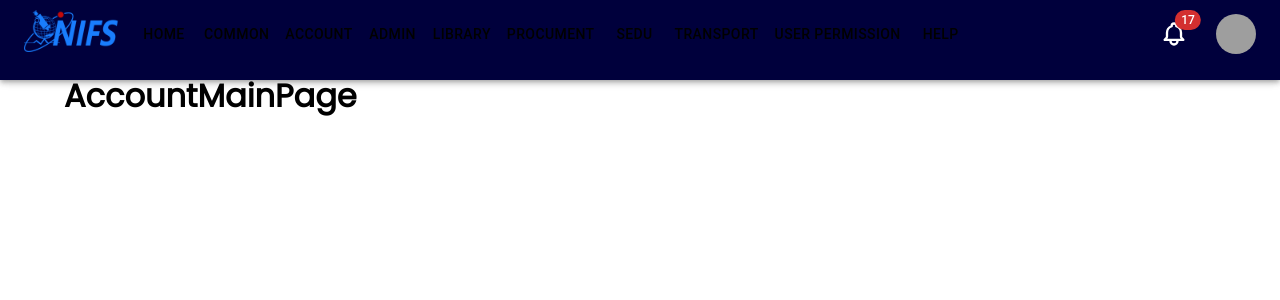
Repository: virangaj/NIFS-WebApp
Page: /account (app in client/)
An editor plug-in stored every save of this project. The page is shown before and after the next save, followed by the edit.
The browser window is 1280 px wide. The pictures show the whole page.
Pictures or frames that could not be fetched are drawn as grey boxes. The project was rebuilt for these pictures with package versions that can differ from the ones it lists, and the page was loaded fresh each time. Also part of the build but not shown: client/src/pages/Login.tsx, client/src/pages/Home.tsx, client/src/components/Transport/shared/TransportNavbar.js, client/src/pages/TransportMainPage.tsx, client/src/pages/CommonMainPage.tsx, client/src/pages/AdminMainPage.tsx, client/src/pages/LibraryMainPage.js, client/src/pages/ProcumentMainPage.js and 4 more.

Above is the page before, as saved 2022-07-26 12:17:20.

### client/public/index.html
<!DOCTYPE html>
<html lang="en">
	<head>
		<meta charset="utf-8" />
		<link rel="icon" href="nifs_logo.png" />
		<meta name="viewport" content="width=device-width, initial-scale=1" />
		<meta name="theme-color" content="#000000" />
		<meta
			name="description"
			content="Web site created using create-react-app"
		/>
		<link rel="apple-touch-icon" href="%PUBLIC_URL%/logo192.png" />
		<!--
      manifest.json provides metadata used when your web app is installed on a
      user's mobile device or desktop. See https://developers.google.com/web/fundamentals/web-app-manifest/
    -->
		<link rel="manifest" href="%PUBLIC_URL%/manifest.json" />
		<!--
      Notice the use of %PUBLIC_URL% in the tags above.
      It will be replaced with the URL of the `public` folder during the build.
      Only files inside the `public` folder can be referenced from the HTML.

      Unlike "/favicon.ico" or "favicon.ico", "%PUBLIC_URL%/favicon.ico" will
      work correctly both with client-side routing and a non-root public URL.
      Learn how to configure a non-root public URL by running `npm run build`.
    -->
		<link
			href="https://fonts.googleapis.com/css?family=Poppins"
			rel="stylesheet"
		/>
		<title>NIFS Dashboard</title>
	</head>
	<body>
		<noscript>You need to enable JavaScript to run this app.</noscript>
		<div id="root"></div>
		<!--
      This HTML file is a template.
      If you open it directly in the browser, you will see an empty page.

      You can add webfonts, meta tags, or analytics to this file.
      The build step will place the bundled scripts into the <body> tag.

      To begin the development, run `npm start` or `yarn start`.
      To create a production bundle, use `npm run build` or `yarn build`.
    -->
	</body>
</html>

### client/src/index.css
* {
  margin: 0;
}

body {
  font-family: 'Poppins';
  -webkit-font-smoothing: antialiased;
  -moz-osx-font-smoothing: grayscale;
}

:root {
  --main-navbar-back: #00003c;

}


.nav-logo {
  width: 100px;
  height: auto;
}

/* main navbar */
.main-navbar {
  background-color: var(--main-navbar-back) !important;
  width: 100% !important;
  height: 80px !important;

}

.active-nav-link {
  color: black;
}

/* secondary navbar */
.secondary-navbar {
  margin-top: 10vh !important;
  margin: auto;
}

/* body content */
.body-content {
  margin: auto;
  width: 90%;
  margin-top: 10vh;

}

.sub-body-content {
  margin: auto;
  width: 90%;
  margin-top: 3vh;
}

### client/src/App.tsx
import React, { useEffect } from 'react';
import Navbar from './components/shared/Navbar';
import Login from './pages/Login'
import { BrowserRouter as Router, Route, Routes } from 'react-router-dom'
import Home from './pages/Home';
import TransportMainPage from './pages/TransportMainPage';
import CommonMainPage from './pages/CommonMainPage';
import AccountMainPage from './pages/AccountMainPage';
import AdminMainPage from './pages/AdminMainPage';
import LibraryMainPage from './pages/LibraryMainPage';
import ProcumentMainPage from './pages/ProcumentMainPage';
import SeduMainPage from './pages/SeduMainPage';
import UserPermissionMainPage from './pages/UserPermissionMainPage';
import NotificationMainPage from './pages/NotificationMainPage';
import HelpMainPage from './pages/HelpMainPage';

function App() {


  return (
    <Router>
      <Navbar />
      <Routes>

        <Route path="/login" element={<Login />} />
        <Route path="/" element={<Home />} />
        <Route path="/common/*" element={<CommonMainPage />} />
        <Route path="/account/*" element={<AccountMainPage />} />
        <Route path="/admin/*" element={<AdminMainPage />} />
        <Route path="/library/*" element={<LibraryMainPage />} />
        <Route path="/procument/*" element={<ProcumentMainPage />} />
        <Route path="/sedu/*" element={<SeduMainPage />} />
        <Route path="/transport/*" element={<TransportMainPage />} />
        <Route
          path="/user-permission/*"
          element={<UserPermissionMainPage />}
        />
        <Route
          path="/notification/*"
          element={<NotificationMainPage />}
        />
        <Route path="/help/*" element={<HelpMainPage />} />
      </Routes>


    </Router>
  );
}

export default App;

### client/src/components/shared/Navbar.tsx
import * as React from 'react';
import AppBar from '@mui/material/AppBar';
import Box from '@mui/material/Box';
import Toolbar from '@mui/material/Toolbar';
import IconButton from '@mui/material/IconButton';
import Typography from '@mui/material/Typography';
import Menu from '@mui/material/Menu';
import Container from '@mui/material/Container';
import Avatar from '@mui/material/Avatar';
import Button from '@mui/material/Button';
import Tooltip from '@mui/material/Tooltip';
import MenuItem from '@mui/material/MenuItem';
import { HiMenuAlt2, HiOutlineBell } from "react-icons/hi";
import Badge from '@mui/material/Badge';
import Logo from '../../images/nifs_logo.png'
import { Link, useLocation } from 'react-router-dom';
const pages = [
    {
        id: 0,
        title: 'Home',
        link: '/',
    },
    {
        id: 1,
        title: 'Common',
        link: '/common',
    },
    {
        id: 2,
        title: 'Account',
        link: '/account',
    },
    {
        id: 3,
        title: 'Admin',
        link: '/admin',
    },
    {
        id: 4,
        title: 'Library',
        link: '/library',
    },
    {
        id: 5,
        title: 'Procument',
        link: '/procument',
    },
    {
        id: 6,
        title: 'SEDU',
        link: '/sedu',
    },
    {
        id: 7,
        title: 'Transport',
        link: '/transport',
    },
    {
        id: 8,
        title: 'User Permission',
        link: '/user-permission',
    },
    // {
    //     id: 9,
    //     title: 'Notification',
    //     link: '/notification',
    // },
    {
        id: 10,
        title: 'Help',
        link: '/help',
    },
];
const settings = [
    {
        id: 0,
        title: 'Login',
        link: '/login',
    },
];
const Navbar = () => {

    const location: any = useLocation();
    console.log(location.pathname)


    const [anchorElNav, setAnchorElNav] = React.useState<null | HTMLElement>(null);
    const [anchorElUser, setAnchorElUser] = React.useState<null | HTMLElement>(null);

    const handleOpenNavMenu = (event: React.MouseEvent<HTMLElement>) => {
        setAnchorElNav(event.currentTarget);
    };
    const handleOpenUserMenu = (event: React.MouseEvent<HTMLElement>) => {
        setAnchorElUser(event.currentTarget);
    };

    const handleCloseNavMenu = () => {
        setAnchorElNav(null);
    };

    const handleCloseUserMenu = () => {
        setAnchorElUser(null);
    };

    return (
        <AppBar position="fixed" className="main-navbar">
            <Container maxWidth="xl">
                <Toolbar disableGutters>
                    {/*Responsive view start here  */}
                    <Box sx={{ display: { xs: 'none', md: 'flex' }, mr: 1 }}>
                        <Link to='/'>
                            <img src={Logo} alt="logo" className="nav-logo" />
                        </Link>
                    </Box>


                    <Box sx={{ flexGrow: 1, display: { xs: 'flex', md: 'none' } }}>
                        <IconButton
                            size="large"
                            aria-label="account of current user"
                            aria-controls="menu-appbar"
                            aria-haspopup="true"
                            onClick={handleOpenNavMenu}
                            color="inherit"
                        >
                            <HiMenuAlt2 />
                        </IconButton>
                        <Menu
                            id="menu-appbar"
                            anchorEl={anchorElNav}
                            anchorOrigin={{
                                vertical: 'bottom',
                                horizontal: 'left',
                            }}
                            keepMounted
                            transformOrigin={{
                                vertical: 'top',
                                horizontal: 'left',
                            }}
                            open={Boolean(anchorElNav)}
                            onClose={handleCloseNavMenu}
                            sx={{
                                display: { xs: 'block', md: 'none' },
                            }}
                        >
                            {pages && pages.map((page) => (
                                <MenuItem key={page.id} onClick={handleCloseNavMenu}>
                                    <Link to={page.link} style={{ textDecoration: 'none' }}>
                                        <Typography textAlign="center">{page.title}</Typography>
                                    </Link>
                                </MenuItem>
                            ))}
                        </Menu>
                    </Box>
                    {/* Responsive view ends here */}

                    {/* Full width starts here */}
                    <Box
                        sx={{
                            mr: 2,
                            display: { xs: 'flex', md: 'none' },
                            flexGrow: 1,
                        }}
                    >
                        <Link to='/'>
                            <img src={Logo} alt="logo" className="nav-logo" />
                        </Link>
                    </Box>

                    <Box sx={{ flexGrow: 1, display: { xs: 'none', md: 'flex' } }}>
                        {pages.map((page) => (
                            <Link to={page.link} style={{ textDecoration: 'none' }} >
                                <Button
                                    key={page.id}
                                    onClick={handleCloseNavMenu}
                                    sx={{ my: 2, color: 'white', display: 'block' }}
                                    style={{ color: 'black' }}
                                >
                                    {page.title}
                                </Button>
                            </Link>
                        ))}
                    </Box>
                    <IconButton
                        size="large"
                        aria-label="show 17 new notifications"
                        color="inherit"
                        sx={{ mr: 2 }}
                    >
                        <Badge badgeContent={17} color="error">
                            <HiOutlineBell />
                        </Badge>
                    </IconButton>
                    <Box sx={{ flexGrow: 0 }}>
                        <Tooltip title="Open settings">
                            <IconButton onClick={handleOpenUserMenu} sx={{ p: 0 }}>
                                <Avatar alt="Remy Sharp" src="/static/images/avatar/2.jpg" />
                            </IconButton>
                        </Tooltip>
                        <Menu
                            sx={{ mt: '45px' }}
                            id="menu-appbar"
                            anchorEl={anchorElUser}
                            anchorOrigin={{
                                vertical: 'top',
                                horizontal: 'right',
                            }}
                            keepMounted
                            transformOrigin={{
                                vertical: 'top',
                                horizontal: 'right',
                            }}
                            open={Boolean(anchorElUser)}
                            onClose={handleCloseUserMenu}
                        >
                            {settings && settings.map((setting) => (
                                <MenuItem key={setting.id} onClick={handleCloseUserMenu}>
                                    <Typography textAlign="center">{setting.title}</Typography>
                                </MenuItem>
                            ))}
                        </Menu>
                    </Box>
                </Toolbar>
            </Container>
        </AppBar>
    );
};
export default Navbar;

### client/src/pages/AccountMainPage.tsx
import React from 'react';

function AccountMainPage() {
	return <div className="body-content"><h1>AccountMainPage</h1></div>;
}

export default AccountMainPage;

Loaded but not shown: client/src/index.tsx (common file); client/src/reportWebVitals.ts (common file)

After the next save:
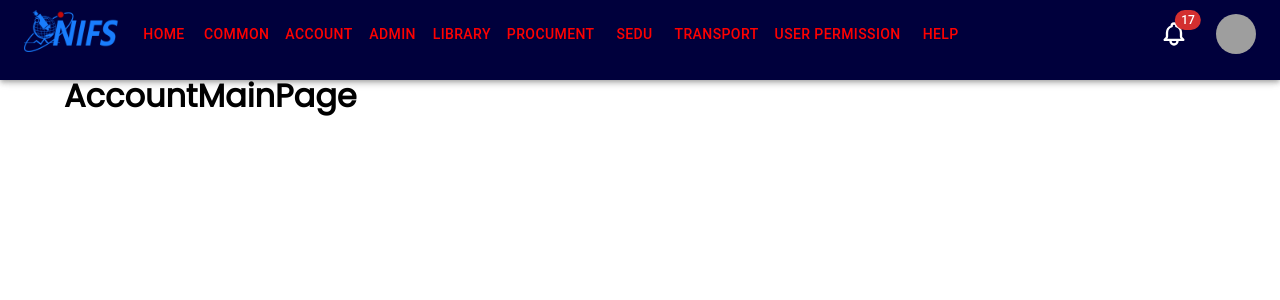
Saved 6 s later.
--- a/client/src/components/shared/Navbar.tsx
+++ b/client/src/components/shared/Navbar.tsx
@@ -174,7 +174,7 @@ const Navbar = () => {
                                     key={page.id}
                                     onClick={handleCloseNavMenu}
                                     sx={{ my: 2, color: 'white', display: 'block' }}
-                                    style={{ color: 'black' }}
+                                    style={{ color: 'red' }}
                                 >
                                     {page.title}
                                 </Button>
